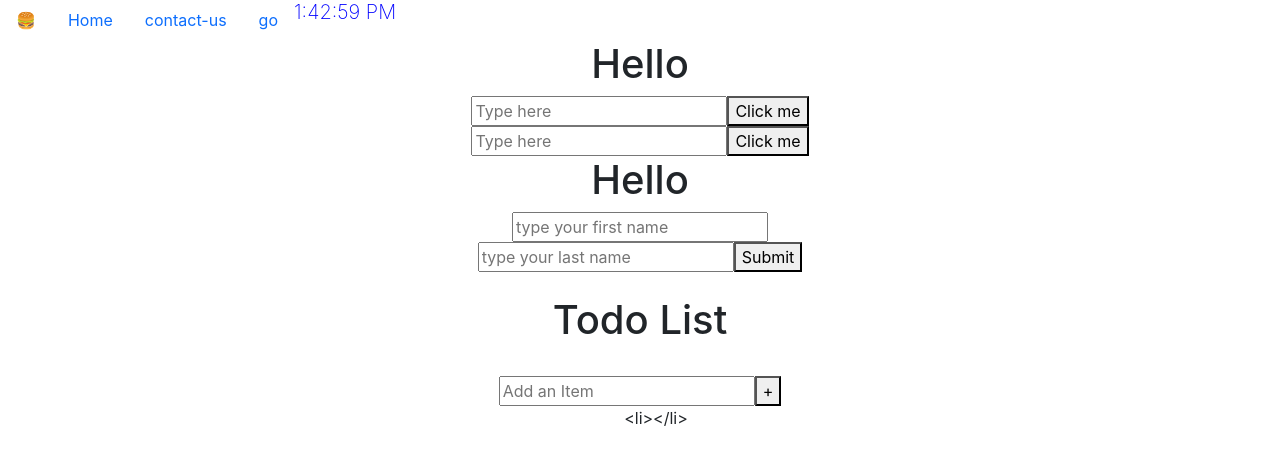
Repository: shah-zx/React-learning
Page: /, after clicking the first element matching `div.center_div > button`
An editor plug-in stored every save of this project. The page is shown before and after the next save, followed by the edit.
The browser window is 1280 px wide. The pictures show the whole page.
The project was rebuilt for these pictures with package versions that can differ from the ones it lists, and the page was loaded fresh each time. Also part of the build but not shown: src/components/Greet.js, src/components/Welcome.js, src/components/Swagat.js, src/components/Namaste.js, src/components/Hello.js, src/components/ayiye.js, src/components/Message.js, src/components/Thought.js and 47 more. Imported but missing from the stored project, and not drawn on this page: src/components/Indexaskeyantipattern.

Above is the page before, as saved 2021-11-13 00:25:20.

After the next save:
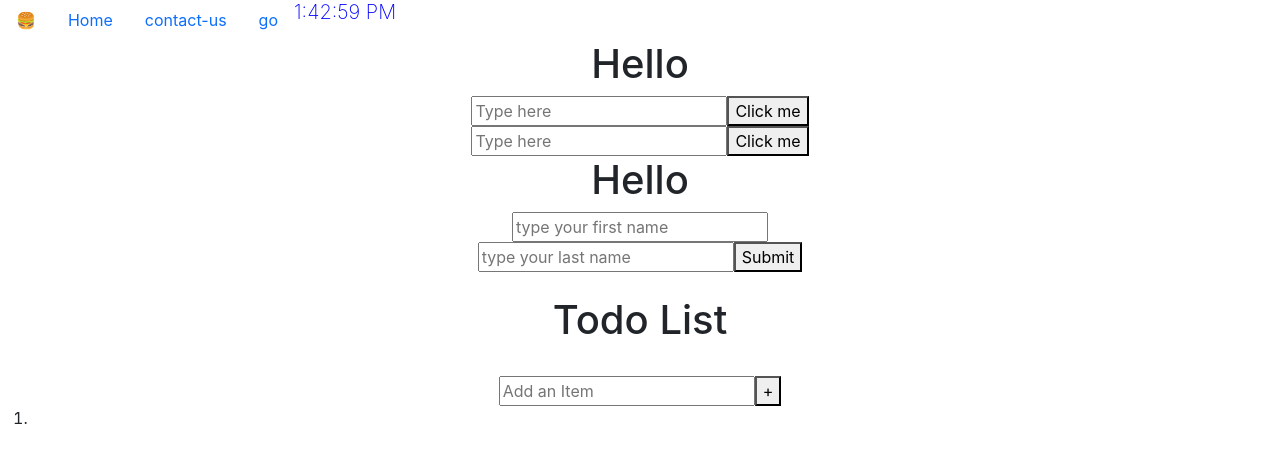
Saved 34 s later.
--- a/src/practice_components/Todo.js
+++ b/src/practice_components/Todo.js
@@ -28,7 +28,7 @@ function App() {
             <button onClick = {handleClick}> + </button>
             <ol>
             {lists.map(li => {
-                return `<li>${li}</li>`
+                return <li>{li}</li>
             })}
             </ol>
         </div>
